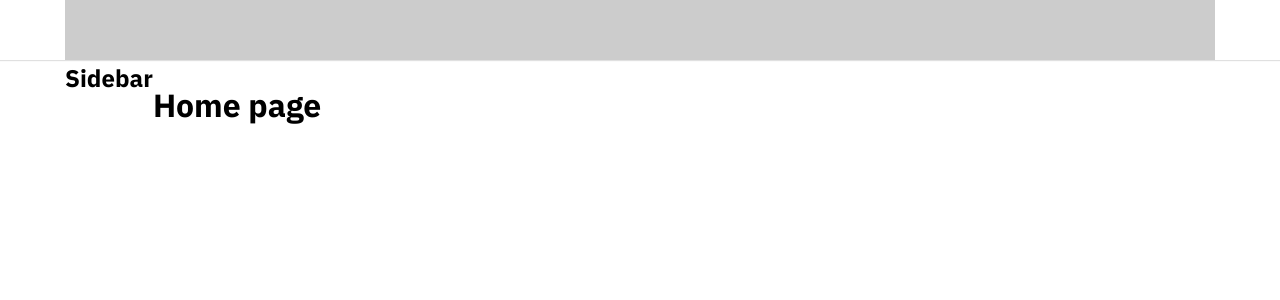
Repository: hmquandec05/tiktok-clone
Page: /
The author's editor kept a copy of each file at every save. The page is drawn from the files as they stood at one save, then again after a run of saves.
The browser window is 1280 px wide. The pictures show the whole page.
The project was rebuilt for these pictures with package versions that can differ from the ones it lists, and the page was loaded fresh each time. Also part of the build but not shown: src/components/Layouts/DefaultLayout/Sidebar/Sidebar.module.scss, src/components/Layouts/HeaderOnly/index.js, src/pages/Following/index.js, src/pages/Profile/index.js, src/pages/Search/index.js. Imported but missing from the stored project, and not drawn on this page: src/pages/Upload.

Above is the page before, as saved 2025-02-26 16:53:58.

### src/index.js
import React from "react";
import ReactDOM from "react-dom/client";
import App from "~/App";
import reportWebVitals from "./reportWebVitals";
import GlobalStyles from "~/components/GlobalStyles";

const root = ReactDOM.createRoot(document.getElementById("root"));
root.render(
  <React.StrictMode>
    <GlobalStyles>
      <App />
    </GlobalStyles>
  </React.StrictMode>
);

// If you want to start measuring performance in your app, pass a function
// to log results (for example: reportWebVitals(console.log))
// or send to an analytics endpoint. Learn more: https://bit.ly/CRA-vitals
reportWebVitals();

### src/App.js
import { Fragment } from "react";
import { BrowserRouter as Router, Routes, Route } from "react-router-dom";
import { publicRoutes } from "~/routes";
import { DefaultLayout } from "~/components/Layouts";

function App() {
  return (
    <Router>
      <div className="App">
        <Routes>
          {publicRoutes.map((route, index) => {
            const Page = route.component;

            let Layout = DefaultLayout;

            if (route.layout) {
              Layout = route.layout;
            } else if (route.layout === null) {
              Layout = Fragment;
            }
            return (
              <Route
                key={index}
                path={route.path}
                element={
                  <Layout>
                    <Page />
                  </Layout>
                }
              />
            );
          })}
        </Routes>
      </div>
    </Router>
  );
}

export default App;

### src/routes/index.js
// Layouts
import { HeaderOnly } from "~/components/Layouts";

// Pages
import Home from "~/pages/Home";
import Following from "~/pages/Following";
import Profile from "~/pages/Profile";
import Upload from "~/pages/Upload";
import Search from "~/pages/Search";

// Public routes
const publicRoutes = [
  {
    path: "/",
    component: Home,
  },
  {
    path: "/following",
    component: Following,
  },
  {
    path: "/profile",
    component: Profile,
  },
  {
    path: "/upload",
    component: Upload,
    layout: HeaderOnly,
  },
  {
    path: "/search",
    component: Search,
    layout: null,
  },
];

// Private routes
const privateRoutes = [
  {
    path: "/",
    component: Home,
  },
  {
    path: "/following",
    component: Following,
  },
];

export { publicRoutes, privateRoutes };

### src/components/GlobalStyles/GlobalStyles.scss
@import "normalize.css";
@import url("https://fonts.googleapis.com/css2?family=IBM+Plex+Sans:ital,wght@0,100;0,400;0,500;0,600;0,700;1,300;1,400&display=swap");

:root {
  --primary: #fe2c55;
}

* {
  margin: 0;
  padding: 0;
  box-sizing: border-box;
}

html {
  font-size: 62.5%;
}

body {
  font-family: "IBM Plex Sans", san-serif;
  font-size: 1.6rem;
  line-height: 1.5;
  text-rendering: optimizeSpeed;
}

### src/pages/Home/index.js
function Home() {
  return <h1>Home page</h1>;
}

export default Home;

### src/components/Layouts/DefaultLayout/index.js
import classNames from "classnames/bind";

import styles from "./DefaultLayout.module.scss";
import Header from "~/components/Layouts/components/Header";
import Sidebar from "./Sidebar";

const cx = classNames.bind(styles);

function DefaultLayout({ children }) {
  return (
    <div className={cx("wrapper")}>
      <Header />
      <div className={cx("container")}>
        <Sidebar />
        <div className={cx("content")}>{children}</div>
      </div>
    </div>
  );
}

export default DefaultLayout;

### src/components/Layouts/DefaultLayout/DefaultLayout.module.scss
.wrapper {
  display: flex;
  flex-direction: column;
  align-items: center;
}

.container {
  width: 1150px;
  display: flex;
}

.content {
}

### src/components/Layouts/components/Header/index.js
import classNames from "classnames/bind";
import styles from "./Header.module.scss";

const cx = classNames.bind(styles);

function Header() {
  return (
    <header className={cx("wrapper")}>
      <div className={cx("content")}></div>
    </header>
  );
}

export default Header;

### src/components/Layouts/DefaultLayout/Sidebar/index.js
import classNames from "classnames/bind";
import styles from "./Sidebar.module.scss";

const cx = classNames.bind(styles);

function Sidebar() {
  return <h2>Sidebar</h2>;
}

export default Sidebar;

### src/components/Layouts/components/Header/Header.module.scss
.wrapper {
  width: 100%;
  height: 60px;
  box-shadow: 0px 1px 1px rgb(0 0 0 / 12%);
  display: flex;
  justify-content: center;
}

.content {
  height: 100%;
  width: 1150px;
  background-color: #ccc;
}

Loaded but not shown: public/index.html (common file); src/reportWebVitals.js (common file); src/components/GlobalStyles/index.js (common file); src/components/Layouts/index.js (common file)

After the next 2 saves:
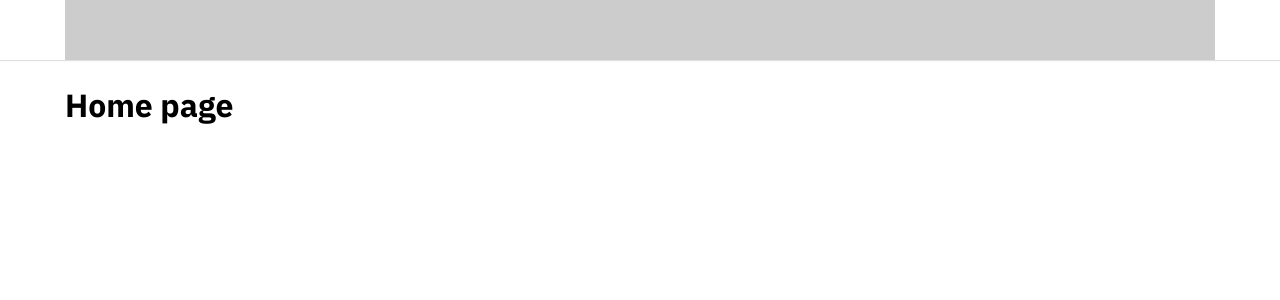
The 2 saves are shown as one change because 1 did not build or start.
The last was saved 47 s later.
--- a/src/components/Layouts/DefaultLayout/Sidebar/index.js
+++ b/src/components/Layouts/DefaultLayout/Sidebar/index.js
@@ -4,7 +4,7 @@ import styles from "./Sidebar.module.scss";
 const cx = classNames.bind(styles);
 
 function Sidebar() {
-  return <h2>Sidebar</h2>;
+  return <aside className={cx("wrapper")}></aside>;
 }
 
 export default Sidebar;
